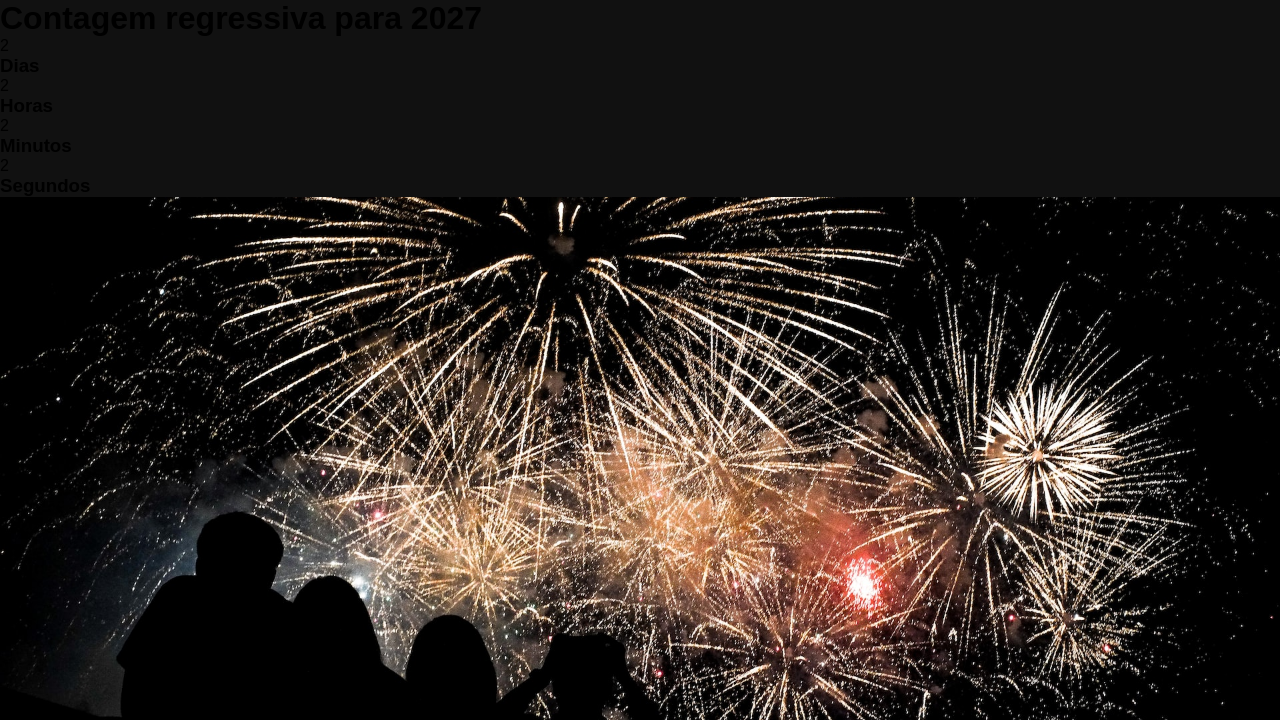
Repository: Bitroia/countdown_timer
Page: / (app in countdown/)
An editor plug-in stored every save of this project. The page is shown before and after a run of saves, followed by the edit.
The browser window is 1280 px wide. The pictures show the whole page.
The project was rebuilt for these pictures with package versions that can differ from the ones it lists, and the page was loaded fresh each time. Also part of the build but not shown: countdown/vite.config.js.

Above is the page before, as saved 2026-07-07 19:04:17.

### countdown/index.html
<!doctype html>
<html lang="en">
  <head>
    <meta charset="UTF-8" />
    <link rel="icon" type="image/svg+xml" href="/favicon.svg" />
    <meta name="viewport" content="width=device-width, initial-scale=1.0" />
    <title>countdown</title>
  </head>
  <body>
    <div id="root"></div>
    <script type="module" src="/src/main.jsx"></script>
  </body>
</html>

### countdown/src/index.css
* {
  margin: 0;
  padding: 0;
  font-family: Arial, Helvetica, sans-serif;
  background-color: #111;
}

body {
  min-height: 100vh;
}

### countdown/src/App.jsx
import "./App.css";
import Title from "./components/Title";
import Counter from "./components/Counter";
import NewYear from "./assets/newyear.jpg";

function App() {
  return (

    <div className="app" style={{ backgroundImage: `url(${NewYear})` }}>
      <div className="container">
        <Title title="Contagem regressiva para 2027" />
        <div className="countdown-container">
          <Counter title="Dias" number={2} />
          <Counter title="Horas" number={2} />
          <Counter title="Minutos" number={2} />
          <Counter title="Segundos" number={2} />
        </div>
      </div>
    </div>
  );
}

export default App;

### countdown/src/App.css
.app {
  min-height: 100vh;
  background-size: cover;
  background-position: c;
}

### countdown/src/components/Title.jsx
import React from 'react'

const Title = ({title}) => {
  return (
    <h1>{title}</h1>
  )
}

export default Title

### countdown/src/components/Counter.jsx
import React from "react";

const Counter = ({ title, number }) => {
  return (
    <div className="counter">
      <p className="counter-number">{number}</p>
      <h3 className="counter-text">{title}</h3>
    </div>
  );
};

export default Counter;

Loaded but not shown: countdown/src/main.jsx (common file)

After the next 3 saves:
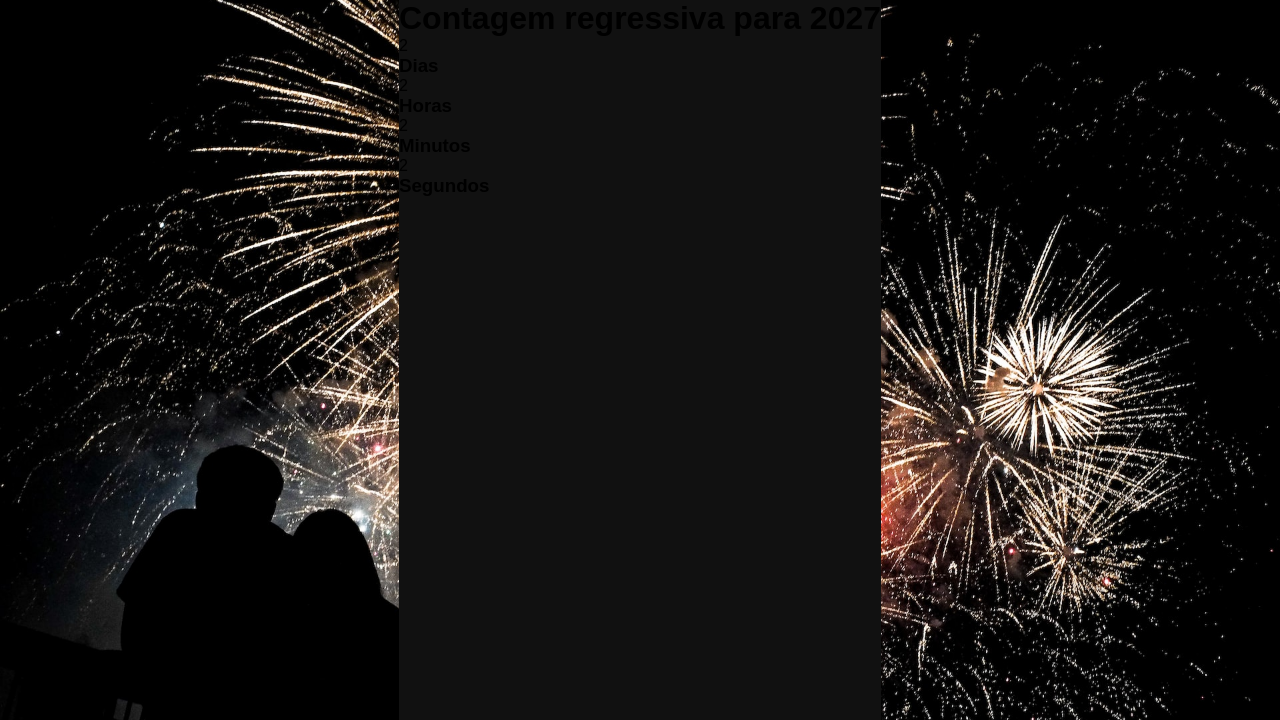
The 3 saves are shown as one change because they came seconds apart.
The last was saved 9 s later.
--- a/countdown/src/App.css
+++ b/countdown/src/App.css
@@ -1,5 +1,7 @@
 .app {
   min-height: 100vh;
   background-size: cover;
-  background-position: c;
+  background-position: center;
+  display: flex;
+  justify-content: center;
 }
